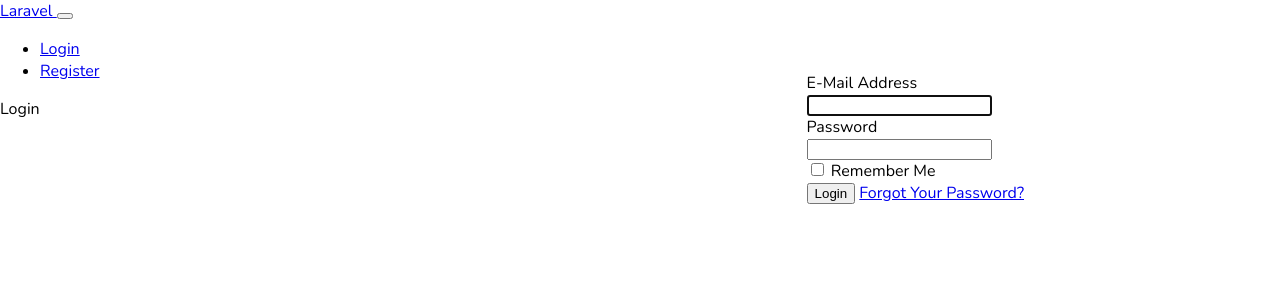
Repository: PatryxB/libraryBook
Page: http://localhost/login
An editor plug-in stored every save of this project. The page is shown before and after the next save, followed by the edit.
The browser window is 1280 px wide. The pictures show the whole page.
The page is served by the project's Laravel application, run on PHP 8.4 with Laravel 8. Other server files are loaded and not shown. Style sheets and scripts are compiled from the project's sources, by tool versions that may differ from the author's.

Above is the page before, as saved 2020-05-14 13:40:44.

### routes/web.php
<?php

use Illuminate\Support\Facades\Route;

/*
|--------------------------------------------------------------------------
| Web Routes
|--------------------------------------------------------------------------
|
| Here is where you can register web routes for your application. These
| routes are loaded by the RouteServiceProvider within a group which
| contains the "web" middleware group. Now create something great!
|
*/

Route::get('/', function () {
    return view('welcome');
});

Auth::routes();

Route::get('/home', 'HomeController@index')->name('home');
Route::post('/l', 'HomeController@store');

### resources/sass/app.scss
// Fonts
@import url('https://fonts.googleapis.com/css?family=Nunito');

// Variables
@import 'variables';

html, body{
    margin: 0;
    padding: 0;
    box-sizing: border-box;
    font-family: 'Nunito';
}
.banner img{
    width: 100%;
    height: 100vh;
    position: relative;
    filter: brightness(70%);
}
.welcome-text{
    position: absolute;
    top: 7%;
    left: 18%;
    color: white;
    font-size: 60px;
}
form{
    position: absolute;
    top: 10%;
    right: 20%;
}

Loaded but not shown: app/Http/Controllers/Auth/LoginController.php (common file); app/Http/Controllers/Controller.php (common file); app/Http/Controllers/Auth/ConfirmPasswordController.php (common file); resources/views/auth/login.blade.php (common file); resources/views/layouts/app.blade.php (common file); resources/sass/_variables.scss (common file)

After the next save:
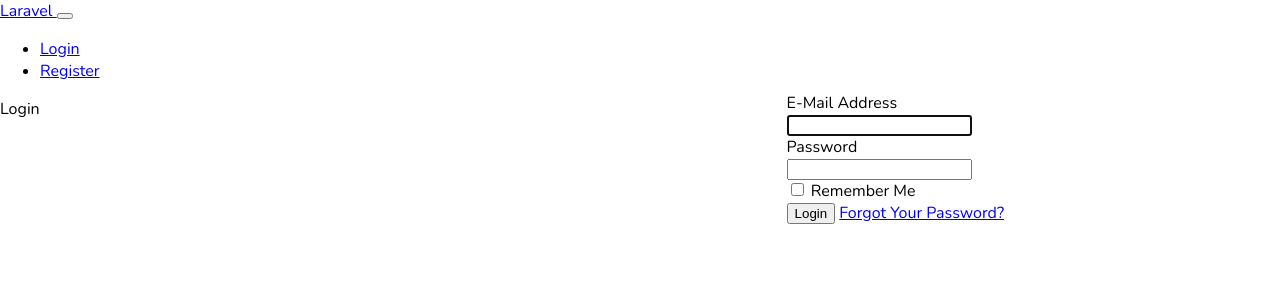
Saved 19 s later.
--- a/resources/sass/app.scss
+++ b/resources/sass/app.scss
@@ -27,4 +27,6 @@
     position: absolute;
     top: 10%;
     right: 20%;
+    background-color: white;
+    padding: 20px;
 }

After the save that followed:
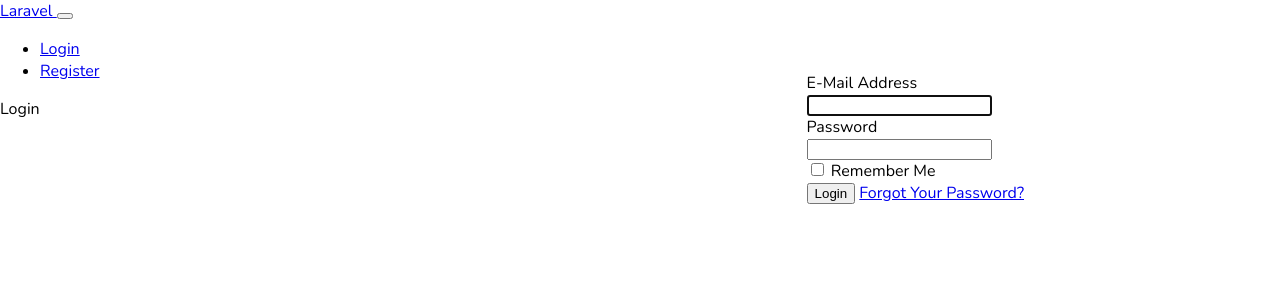
Saved 21 s later.
--- a/resources/sass/app.scss
+++ b/resources/sass/app.scss
@@ -28,5 +28,5 @@
     top: 10%;
     right: 20%;
     background-color: white;
-    padding: 20px;
+    padding-bottom: 20px;
 }
